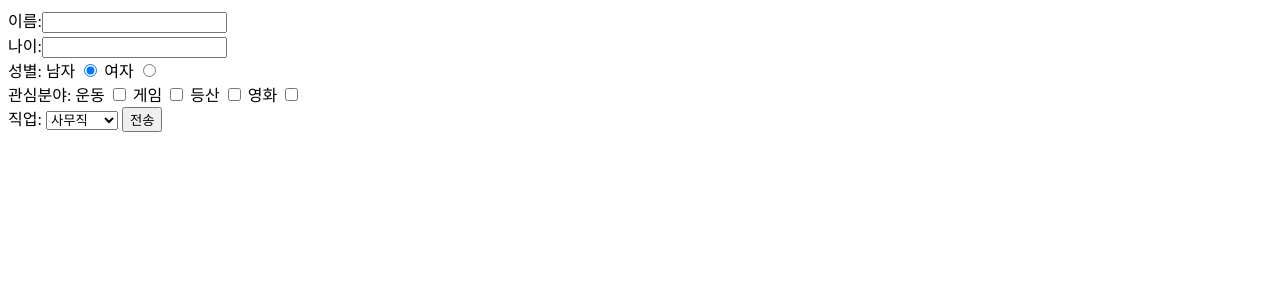
Repository: yubeens/JSP
Page: http://localhost/JSP_Project/exam/formInput_jquery.jsp
The author's editor kept a copy of each file at every save. The page is drawn from the files as they stood at one save, then again after the next save.
The browser window is 1280 px wide. The pictures show the whole page.
The page is served by Tomcat 9. Other server files are loaded and not shown.

Above is the page before, as saved 2025-02-27 05:37:59.

### JSP_Project/src/main/webapp/exam/formInput_jquery.jsp
<%@ page language="java" contentType="text/html; charset=UTF-8"
    pageEncoding="UTF-8"%>
<!DOCTYPE html>
<html>
<head>
<meta charset="UTF-8">
<title>FORM EXAM</title>
</head>
<body>
<form action="formResult.jsp" method="post">
이름:<input type="text" name="name"><br>
나이:<input type="number" name="age"><br>
성별:
<label for="man">남자</label>
	<input type="radio" name="gender" id="man" value="남자" checked>
<label for="woman">여자</label>
	<input type="radio" name="gender" id="woman" value="여자"><br>
관심분야:
<label for ="h1">운동</label>
	<input type="checkbox" name="hobby" id="h1" value="운동">
<label for ="h2">게임</label>
	<input type="checkbox" name="hobby" id="h2" value="게임">
<label for ="h3">등산</label>
	<label><input type="checkbox" name="hobby" id="h3" value="등산">
<label for ="h4">영화</label>
<label><input type="checkbox" name="hobby" id="h4" value="영화"><br>
<label for ="job">직업:</label>
<select name = job id="job">
	<option value="사무직">사무직</option>
	<option value="전문직">전문직</option>
	<option value="서비스직">서비스직</option>
	<option value="예체능">예체능</option>
	<option value="기타">기타</option>
</select>
<button id="button" value="전송">전송</button>
</form>

</body>
</html>

After the next save:
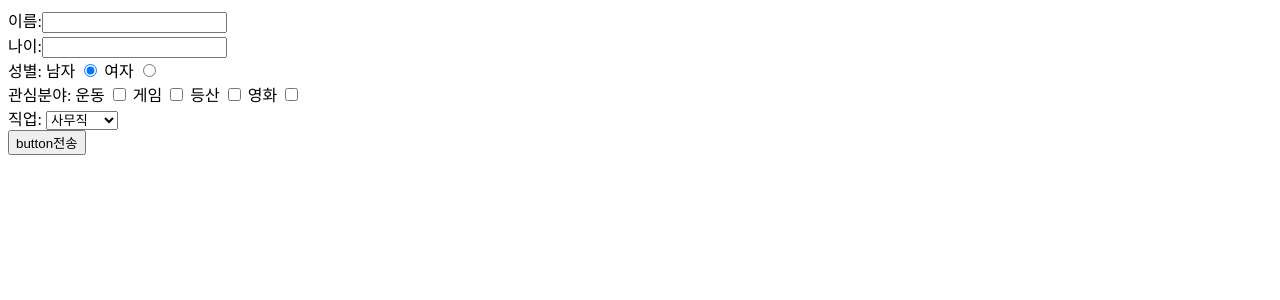
Console error: SyntaxError: Unexpected end of input
Saved 17 min 16 s later.
--- a/JSP_Project/src/main/webapp/exam/formInput_jquery.jsp
+++ b/JSP_Project/src/main/webapp/exam/formInput_jquery.jsp
@@ -5,6 +5,14 @@
 <head>
 <meta charset="UTF-8">
 <title>FORM EXAM</title>
+<script>
+function check(){
+	if(document.getElementById("name").value==""){
+		alert("이름을 입력하세요!!")
+		return;
+
+}
+</script>
 </head>
 <body>
 <form action="formResult.jsp" method="post">
@@ -31,8 +39,8 @@
 	<option value="서비스직">서비스직</option>
 	<option value="예체능">예체능</option>
 	<option value="기타">기타</option>
-</select>
-<button id="button" value="전송">전송</button>
+</select><br>
+<input type=button value="button전송" onclick="check()">
 </form>
 
 </body>
